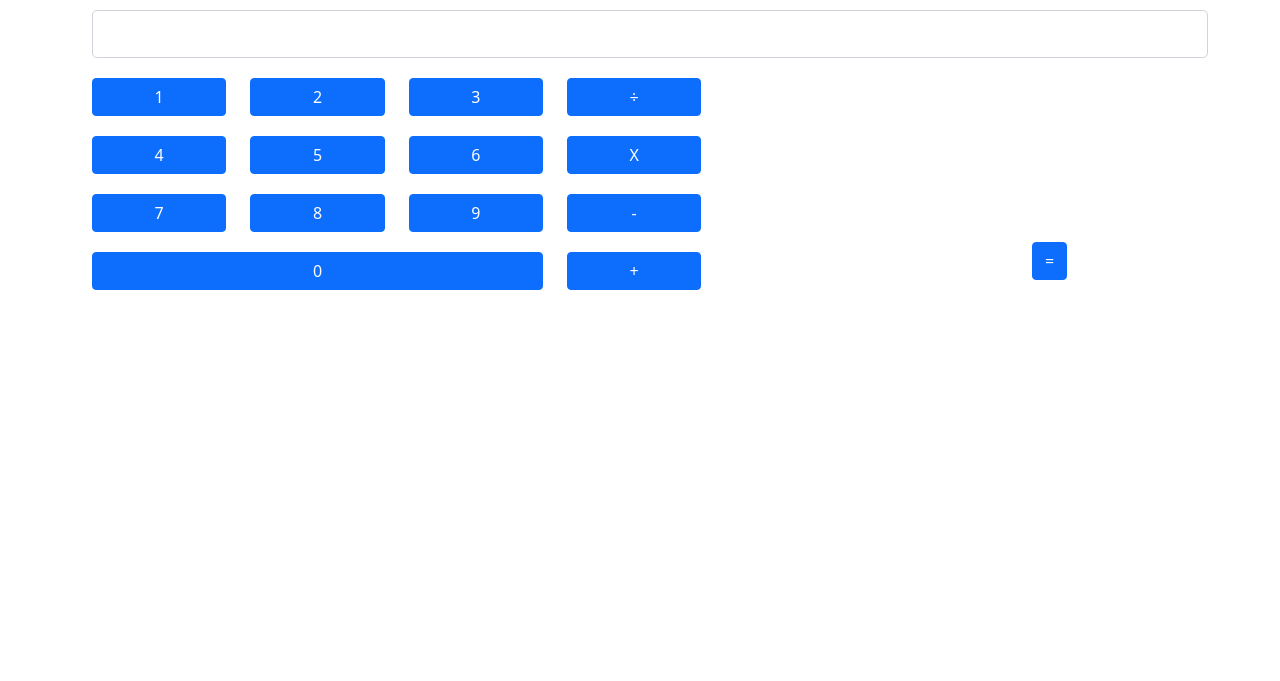
Repository: jsakdalan/CalculatorReactTypescript
Page: /
An editor plug-in stored every save of this project. The page is shown before and after the next save, followed by the edit.
The browser window is 1280 px wide. The pictures show the whole page.
The project was rebuilt for these pictures with package versions that can differ from the ones it lists, and the page was loaded fresh each time. Also part of the build but not shown: src/App.css.

Above is the page before, as saved 2022-06-07 16:24:28.

### src/App.tsx
import  Calculator from './pages/Calculator';
import './App.css';
import 'bootstrap/dist/css/bootstrap.min.css'

export default function App() {

  return(
    <Calculator/>
  )
}

### src/pages/Calculator.tsx
import React from 'react';
import Col from 'react-bootstrap/Col';
import Container from 'react-bootstrap/Container';
import Row from 'react-bootstrap/Row';
import Button from 'react-bootstrap/Button';
import InputGroup from 'react-bootstrap/InputGroup';
import FormControl from 'react-bootstrap/FormControl';
import './Calculator.css'

export default function TextEditor(){

    interface Screen{
        styling: string;
    }

    interface Buttons {
        styling: string;
        btnNumber: string;
    }

    const Screen = (props:Screen) => {
        return(
            <InputGroup size="lg" className={props.styling}>
                    <FormControl
      aria-label="Default"
      aria-describedby="inputGroup-sizing-default"
    />
            </InputGroup>
        )
    }

    const Buttons = (props:Buttons) => {
        return(
            <Button className={props.styling}>
                {props.btnNumber}
            </Button>
        )
    }

    return(
        <>
            <Container className="container">
                <Row>
                    <Col><Screen styling="screen"/></Col>
                </Row>
                <Row>
                    <Col md={10}>
                        <Row>
                            <Col md={2}><Buttons styling="numerical" btnNumber="1"/></Col>
                            <Col md={2}><Buttons styling="numerical" btnNumber="2"/></Col>
                            <Col md={2}><Buttons styling="numerical" btnNumber="3"/></Col>
                            <Col md={2}><Buttons styling="operational" btnNumber="&#247;"/></Col>
                        </Row>
                    </Col>
                    <Col md={10}>
                        <Row>
                            <Col md={2}><Buttons styling="numerical" btnNumber="4"/></Col>
                            <Col md={2}><Buttons styling="numerical" btnNumber="5"/></Col>
                            <Col md={2}><Buttons styling="numerical" btnNumber="6"/></Col>
                            <Col md={2}><Buttons styling="operational" btnNumber="X"/></Col>
                        </Row>
                    </Col>
                    <Col md={10}>
                        <Row>
                            <Col md={2}><Buttons styling="numerical" btnNumber="7"/></Col>
                            <Col md={2}><Buttons styling="numerical" btnNumber="8"/></Col>
                            <Col md={2}><Buttons styling="numerical" btnNumber="9"/></Col>
                            <Col md={2}><Buttons styling="operational" btnNumber="-"/></Col>
                        </Row>
                    </Col>
                    <Col md={10}>
                        <Row>
                            <Col md={6}><Buttons styling="numerical" btnNumber="0"/></Col>
                            <Col md={2}><Buttons styling="numerical" btnNumber="+"/></Col>
                        </Row>
                    </Col>
                    <Col md={2}><Buttons styling="equals" btnNumber="="/></Col>
                </Row>
            </Container>
        </>
    )
}

### src/pages/Calculator.css
.container{
    width: 700px;
    display: flex;
    flex-direction: column;
}

.screen{
    width: 100%;
    margin: 10px;
}

.numerical{
    width: 100%;
    margin: 10px;
}

.operational{
    width: 100%;
    margin: 10px;
}

Loaded but not shown: public/index.html (common file); src/index.tsx (common file); src/index.css (common file); src/reportWebVitals.ts (common file)

After the next save:
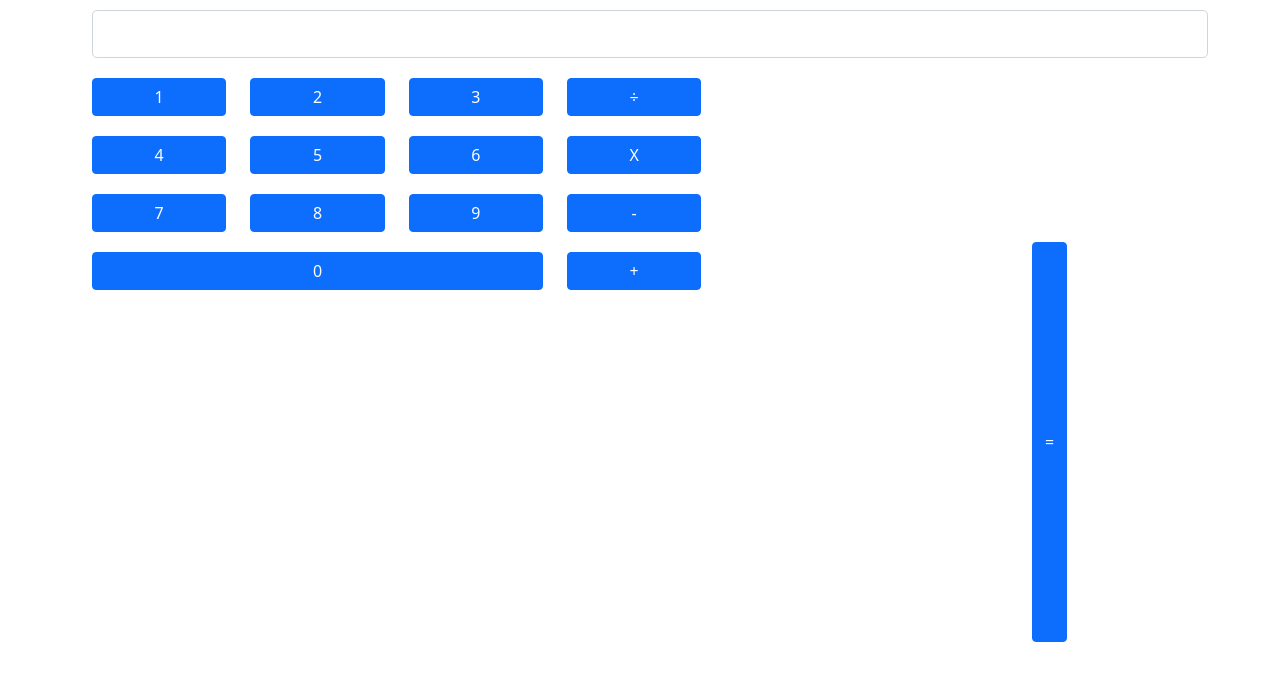
Saved 15 s later.
--- a/src/pages/Calculator.css
+++ b/src/pages/Calculator.css
@@ -18,3 +18,7 @@
     width: 100%;
     margin: 10px;
 }
+
+.equals{
+    height: 400px;
+}

After the save that followed:
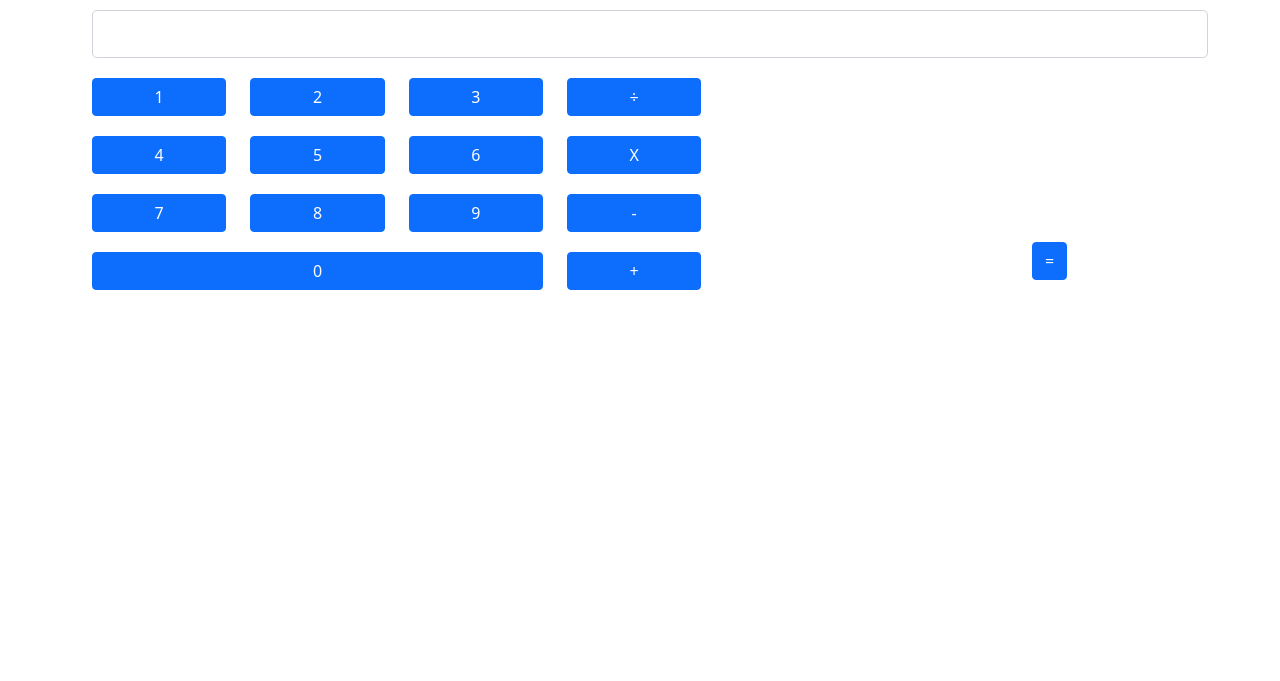
Saved 3 min 27 s later.
--- a/src/pages/Calculator.css
+++ b/src/pages/Calculator.css
@@ -20,5 +20,6 @@
 }
 
 .equals{
-    height: 400px;
+    height: auto;
+    display: flex;
 }
